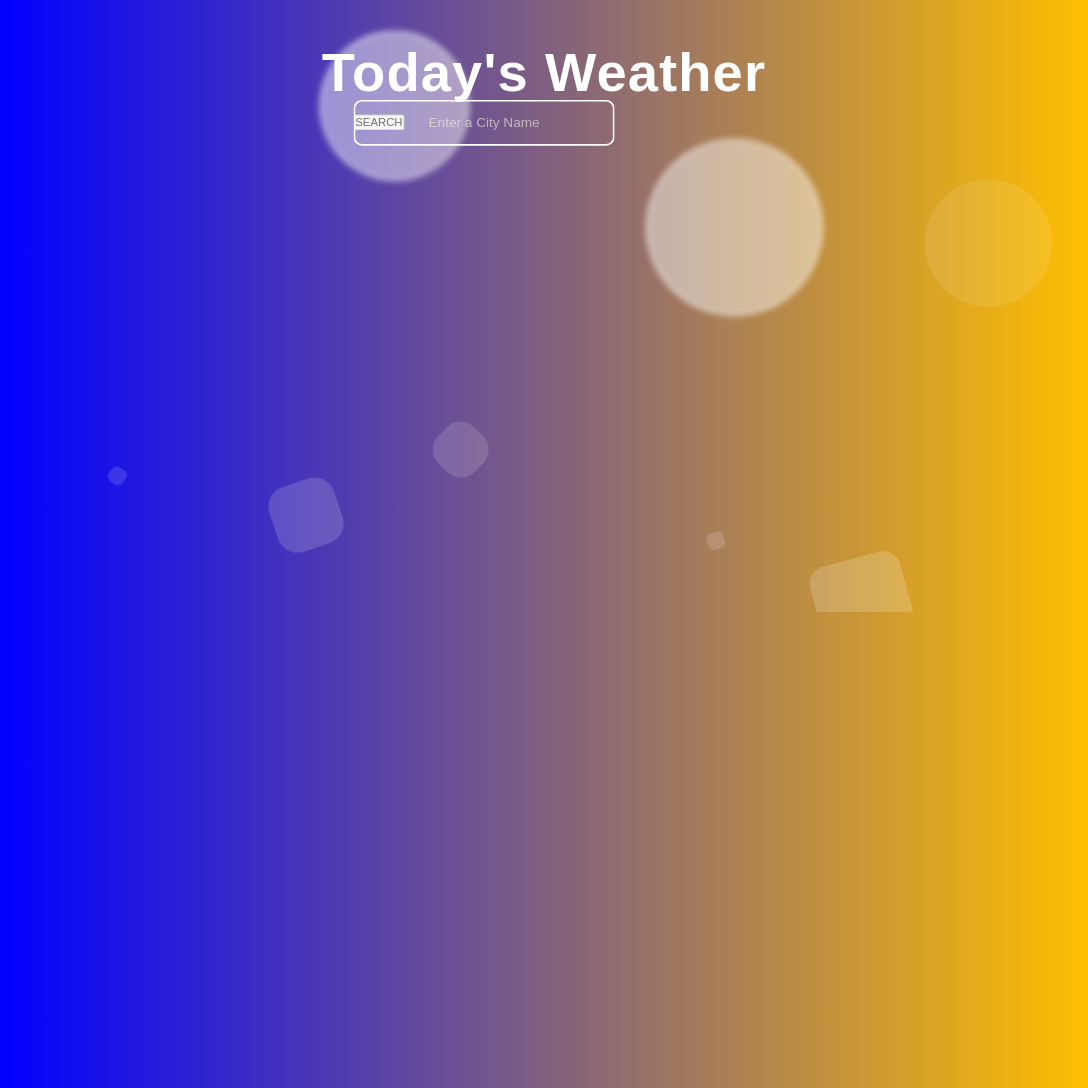
Repository: KayceeNguyen/bubleweather-app
Page: /
An editor plug-in stored every save of this project. The page is shown before and after the next save, followed by the edit.
The browser window is 1280 px wide. The pictures show the whole page, at 85% of full size.
The project was rebuilt for these pictures with package versions that can differ from the ones it lists, and the page was loaded fresh each time. The framework's server and built-in components were replaced by stand-ins that run in the browser. Also part of the build but not shown: next.config.js.

Above is the page before, as saved 2023-01-20 02:47:29.

### pages/index.js
import Head from 'next/head'
import Image from 'next/image'
import { Inter } from '@next/font/google'
import styles from '@/styles/Home.module.css'
import { useEffect, useState } from 'react'
import axios from 'axios'
// import { setMaxListeners } from 'events'


const inter = Inter({ subsets: ['latin'] })

export default function Home() {

  const [location, setLocation] = useState('');
  const [data, setData] = useState({});
  const [weather, setWeather] = useState('');
  const [wind, setWind] = useState('');
  const [errorMessage, setErrorMessage] = useState('');
  const [icon, setIcon] = useState('');
  const [country, setCountry] = useState('');

  var apiKey = "a26e0a15f49a8c5e5634e795262ea5cd"
  var lang = "en";
  var units = "metric";
  const url = `https://api.openweathermap.org/data/2.5/weather?q=${location}&units=${units}&appid=${apiKey}&lang=${lang}`

  // const iconApi = await fetch('http://openweathermap.org/img/w/' + iconName + '.png')
  //           this.setState({
  //               icon : iconApi.url
  //           })

  // const imageUrl = `https://api.openweathermap.org/img/weather?q=${data.weather.icon}`

  console.log(url);

  const searchLocation = (event) => {
    if(event.key === "Enter") {
      axios.get(url)
      .then((response) => {

        console.clear();
        setData(response.data)
        console.log(response.data);
        setWeather(response.data.weather);
        // setMaxListeners(response.data.main)
        setWind(response.data.wind);
        setIcon(response.data.icon);
        setCountry(response.data.country)
        setErrorMessage("")

      }).catch(err => {

        console.log(err);
        setErrorMessage("Please enter another location");
        setData({});
        setWeather();
        setIcon();
        setWind();
        setCountry();

      })

      setLocation('')
    }
  }

  //   const searchWeather = (event) => {

  //     if(event.onClick == true) {
  //       axios.get(url)
  //       .then((response) => {

  //         console.clear();
  //         setData(response.data)
  //         console.log(response.data);
  //         setWeather(response.data.weather);
  //         // setMaxListeners(response.data.main)
  //         setWind(response.data.wind);
  //         setIcon(response.data.icon);
  //         setCountry(response.data.country)
  //         setErrorMessage("")

  //       }).catch(err => {

  //         console.log(err);
  //         setErrorMessage("Please enter another location");
  //         setData({});
  //         setWeather();
  //         setIcon();
  //         setWind();
  //         setCountry();

  //       })

  //       searchWeather('')
  //   }


  // }

  return (
    <>
      <Head>
        <title>Bubble Weather App</title>
        <meta name="description" content="Generated by create next app" />
        <meta name="viewport" content="width=device-width, initial-scale=1" />
        <link rel="icon" href="/cloudy.ico" />
      </Head>

      <main className={styles.main}>

          <div className={styles.area} >
            <ul className={styles.circles}>
                    <li></li>
                    <li></li>
                    <li></li>
                    <li></li>
                    <li></li>
                    <li></li>
                    <li></li>
                    <li></li>
                    <li></li>
                    <li></li>
            </ul>
          </div >

        <h1 className={styles.header}>Today's Weather</h1>

        <div className={styles.wrapper}>
                <div className={styles.shape1}></div>
                <div className={styles.shape2}></div>

          <div className={styles.searchContainer}>
            <input id={styles.input}

              value={location}
              onChange={event => setLocation(event.target.value)}
              placeholder ="Enter a City Name"
              onKeyDown={searchLocation}
              type="text"

            />

          <button className={styles.searchBtn}
            type="submit"
            onClick={setWeather}

          >SEARCH</button>




          </div>





        </div>

        {
          weather && data.weather?.map((w, index) => {
            return (

                <div className={styles.container} key={index}>

                  <h2 className={styles.name}>{data.name}, {data.sys.country}</h2>

                  {/* <div className={styles.iconId}>{w.icon}</div> */}

                  <img className={styles.icon}
                    src={`https://s3-us-west-2.amazonaws.com/s.cdpn.io/162656/${w.icon}.svg`}
                    // https://s3-us-west-2.amazonaws.com/s.cdpn.io/162656/${weather[0]["icon"]}.svg
                  />

                  <br/>
                  <br/>
                  <br/>

                  <div className={styles.temp}>{data.main.temp}&#176;C</div>
                  <div className={styles.feelLike}>Feel Like: {data.main.feels_like}&#176;C</div>
                  <br/>



                  <div className={styles.desc}>
                    <div>{w.description} | {w.main}</div>
                    {/* <div>{w.imgUrl}</div> */}
                  </div>

                  <br/>
                  <br/>

                  <div className={styles.tempContainer}>

                    <div className={styles.low}>
                        <h4 className={styles.tittle}>Lowest Temp</h4>
                        <h4 className={styles.tempMin}>{data.main.temp_min}&#176;C</h4>
                    </div>

                    <div className={styles.high}>
                        <h4 className={styles.tittle}>Highest Temp</h4>
                        <div className={styles.tempMax}>{data.main.temp_max}&#176;C</div>
                    </div>

                  </div>

                  <br/>
                  <br/>


                      <div className={styles.wind}>
                        <h4 className={styles.tittle}>Wind gust</h4>
                        <div className={styles.windNum}>{data.wind.gust} m/s</div>
                      </div>


                </div>


            )
          })
        }





      </main>
    </>
  )
}

### styles/Home.module.css
.main {
  display: flex;
  flex-direction: column;
  justify-content: space-between;
  align-items: center;
  padding: 6rem;
  min-height: 100vh;
  font-family: Arial, Helvetica, sans-serif;
  color: white;
}

.description {
  display: inherit;
  justify-content: inherit;
  align-items: inherit;
  font-size: 0.85rem;
  max-width: var(--max-width);
  width: 100%;
  z-index: 2;
  font-family: var(--font-mono);
}

.description a {
  display: flex;
  justify-content: center;
  align-items: center;
  gap: 0.5rem;
}

.description p {
  position: relative;
  margin: 0;
  padding: 1rem;
  background-color: rgba(var(--callout-rgb), 0.5);
  border: 1px solid rgba(var(--callout-border-rgb), 0.3);
  border-radius: var(--border-radius);
}

.code {
  font-weight: 700;
  font-family: var(--font-mono);
}

.grid {
  display: grid;
  grid-template-columns: repeat(4, minmax(25%, auto));
  width: var(--max-width);
  max-width: 100%;
}

.card {
  padding: 1rem 1.2rem;
  border-radius: var(--border-radius);
  background: rgba(var(--card-rgb), 0);
  border: 1px solid rgba(var(--card-border-rgb), 0);
  transition: background 200ms, border 200ms;
}

.card span {
  display: inline-block;
  transition: transform 200ms;
}

.card h2 {
  font-weight: 600;
  margin-bottom: 0.7rem;
}

.card p {
  margin: 0;
  opacity: 0.6;
  font-size: 0.9rem;
  line-height: 1.5;
  max-width: 30ch;
}

.center {
  display: flex;
  justify-content: center;
  align-items: center;
  position: relative;
  padding: 4rem 0;
}

.center::before {
  background: var(--secondary-glow);
  border-radius: 50%;
  width: 480px;
  height: 360px;
  margin-left: -400px;
}

.center::after {
  background: var(--primary-glow);
  width: 240px;
  height: 180px;
  z-index: -1;
}

.center::before,
.center::after {
  content: '';
  left: 50%;
  position: absolute;
  filter: blur(45px);
  transform: translateZ(0);
}

.logo,
.thirteen {
  position: relative;
}

.thirteen {
  display: flex;
  justify-content: center;
  align-items: center;
  width: 75px;
  height: 75px;
  padding: 25px 10px;
  margin-left: 16px;
  transform: translateZ(0);
  border-radius: var(--border-radius);
  overflow: hidden;
  box-shadow: 0px 2px 8px -1px #0000001a;
}

.thirteen::before,
.thirteen::after {
  content: '';
  position: absolute;
  z-index: -1;
}

/* Conic Gradient Animation */
.thirteen::before {
  animation: 6s rotate linear infinite;
  width: 200%;
  height: 200%;
  background: var(--tile-border);
}

/* Inner Square */
.thirteen::after {
  inset: 0;
  padding: 1px;
  border-radius: var(--border-radius);
  background: linear-gradient(
    to bottom right,
    rgba(var(--tile-start-rgb), 1),
    rgba(var(--tile-end-rgb), 1)
  );
  background-clip: content-box;
}

/* Enable hover only on non-touch devices */
@media (hover: hover) and (pointer: fine) {
  .card:hover {
    background: rgba(var(--card-rgb), 0.1);
    border: 1px solid rgba(var(--card-border-rgb), 0.15);
  }

  .card:hover span {
    transform: translateX(4px);
  }
}

@media (prefers-reduced-motion) {
  .thirteen::before {
    animation: none;
  }

  .card:hover span {
    transform: none;
  }
}

/* Mobile */
@media (max-width: 700px) {
  .content {
    padding: 4rem;
  }

  .grid {
    grid-template-columns: 1fr;
    margin-bottom: 120px;
    max-width: 320px;
    text-align: center;
  }

  .card {
    padding: 1rem 2.5rem;
  }

  .card h2 {
    margin-bottom: 0.5rem;
  }

  .center {
    padding: 8rem 0 6rem;
  }

  .center::before {
    transform: none;
    height: 300px;
  }

  .description {
    font-size: 0.8rem;
  }

  .description a {
    padding: 1rem;
  }

  .description p,
  .description div {
    display: flex;
    justify-content: center;
    position: fixed;
    width: 100%;
  }

  .description p {
    align-items: center;
    inset: 0 0 auto;
    padding: 2rem 1rem 1.4rem;
    border-radius: 0;
    border: none;
    border-bottom: 1px solid rgba(var(--callout-border-rgb), 0.25);
    background: linear-gradient(
      to bottom,
      rgba(var(--background-start-rgb), 1),
      rgba(var(--callout-rgb), 0.5)
    );
    background-clip: padding-box;
    backdrop-filter: blur(24px);
  }

  .description div {
    align-items: flex-end;
    pointer-events: none;
    inset: auto 0 0;
    padding: 2rem;
    height: 200px;
    background: linear-gradient(
      to bottom,
      transparent 0%,
      rgb(var(--background-end-rgb)) 40%
    );
    z-index: 1;
  }
}

/* Tablet and Smaller Desktop */
@media (min-width: 701px) and (max-width: 1120px) {
  .grid {
    grid-template-columns: repeat(2, 50%);
  }
}

@media (prefers-color-scheme: dark) {
  .vercelLogo {
    filter: invert(1);
  }

  .logo,
  .thirteen img {
    filter: invert(1) drop-shadow(0 0 0.3rem #ffffff70);
  }
}

@keyframes rotate {
  from {
    transform: rotate(360deg);
  }
  to {
    transform: rotate(0deg);
  }
}

/****************GRADIENT BACKGROUND****************/

.main {
  height: 100vw;
  background: linear-gradient(to right, #ffbf00, #00f); /* Set the initial gradient */
  background-size: 200% 100%; /* Increase the size of the gradient */
  animation: gradient 15s ease infinite; /* Animate the gradient */
}

@keyframes gradient {
  0% {
    background-position: 0% 50%; /* Set the starting position of the gradient */
  }
  50% {
    background-position: 100% 50%; /* Shift the gradient to the right */
  }
  100% {
    background-position: 0% 50%; /* Shift the gradient back to the left */
  }
}

/* Change the colors of the gradient as the cursor moves */
.main:hover {
  background: linear-gradient(to right, #00f, #ffbf00);
}

.header {
  font-weight: bold;
  font-size: 4rem;
  letter-spacing: 0.02em;
  padding: 0 0 30px 0;
  position: absolute;
  top: 3rem;
}

.wrapper {
  font-size: 16px;
  width: 100vw;
  max-width: 28em;
  position: absolute;
  transform: translate(-50%, -50%);
  top: 20%;
  left: 50%;
}

.shape, .shape1, .shape2 {
  position: absolute;
  background-color: hsl(0, 0%, 100%, 45%);
  filter: blur(4px);
  border: 2px solid hsl(0, 0%, 100%, 80%);
  border-radius: 50%;
}


.shape1 {
  height: 13em;
  width: 13em;
  right: -6.5em;
  top: 1.8em;
}

.shape2 {
  height: 11em;
  width: 11em;
  bottom: -3.7em;
  left: -2.5em;
}

.searchContainer {
  display: flex;
  align-items: center;
}

#input {
  font-size: 1em;
  font-family: Arial, Helvetica, sans-serif;
  margin: auto;
  position: absolute;
  display: inline-block;
  text-align: center;
  align-items: center;
  padding-left: 3em;
  padding-right: 3em;
  padding-top: 1em;
  padding-bottom: 1em;

  background-color: transparent;
  border: 2px solid white;
  color: white;
  font-weight: 300;
  border-radius: 10px;
}

#input::placeholder {
  color: hsl(60, 56%, 91%, 0.6);
}

.location {
  cursor: pointer;
  outline: none;
  font-family: Arial, Helvetica, sans-serif;
  right: 0px;
  position: absolute;
  display: flex;
  text-align: center;
  align-items: center;
  justify-content: center;
  display: inline-block;
  font-size: 1em;
  border: 2px solid white;;

  padding-left: 3em;
  padding-right: 3em;
  padding-top: 1em;
  padding-bottom: 1em;

  background-color: transparent;
  border: 2px solid white;
  color: white;
  font-weight: 800;
  border-radius: 10px;
}

/*** Search BTN animation ***/

.searchBtn:hover, .searchBtn:focus {
  background-color: white;
  color: gray;
}



.name {
  text-align: center;
  position: relative;
}

.container {
  position: relative;
  top: 0;


  display: flex;
  flex-direction: column;
  justify-content: space-between;
  align-items: center;
  padding: 6rem;
  margin: 10rem;

  width: 100%;
  border-radius: 1em;
  text-align: center;

  background: hsl(0, 0%, 100%, 20%);
  backdrop-filter: blur(10px);
  padding: 3em 1.8em;
  border: 4px solid rgba(255, 255, 255, 0.7);
}

/*** Container animation ***/

.container:hover,
.container:focus {
  box-shadow: 0 0.5em 0.5em -0.4em var(--hover);
  transform: translateY(-0.25em);
}

.desc {
  text-align: center;
  position: absolute;
  top: 16em;
}

.temp {
  font-size: 5em;
  padding-bottom: 2rem;
}

.tempContainer {
  display: flex;
  justify-content: center;
}

.tempContainer div {
  padding: 0.3em 1em;
}

.tempContainer div:first-child {
  border-right: 1px solid white;
}

.tempContainer .tittle {
  font-weight: 600;
  color: var(--white);
}

.tempContainer .temp {
  font-weight: 300;
  padding: 3em;
  color: var(--off-white);
}

.tempMin, .tempMax {
  font-weight: 100;
  padding: 5px;
  position: relative;
  display: inline-block;
  left: 0;

}

@media screen and (max-width: 450px) {
  .wrapper {
    font-size: 14px;
  }
}

.icon {
  margin: 40px;
  filter: brightness(0) invert(1);
  transform-origin: top center;
	animation: icon 2s ease infinite;
}

@keyframes icon {
	20% { transform: rotate(15deg); }
	40% { transform: rotate(-10deg); }
	60% { transform: rotate(5deg); }
	80% { transform: rotate(-5deg); }
	100% { transform: rotate(0deg); }
}

.tittle {
  padding: 10px;
}

.area{
  background: -webkit-linear-gradient(to left, #C8102E, #446eac);
  width: 100vw;
  height:100%;
}

.circles{
  position: absolute;
  top: 0;
  left: 0;
  width: 100%;
  height: 100%;
  overflow: hidden;
}

.circles li{
  position: absolute;
  display: block;
  list-style: none;
  width: 20px;
  height: 20px;
  background: rgba(255, 255, 255, 0.2);
  animation: animate 25s linear infinite;
  bottom: -150px;
}

.circles li:nth-child(1){
  left: 25%;
  width: 80px;
  height: 80px;
  animation-delay: 0s;
}


.circles li:nth-child(2){
  left: 10%;
  width: 20px;
  height: 20px;
  animation-delay: 2s;
  animation-duration: 12s;
}

.circles li:nth-child(3){
  left: 70%;
  width: 20px;
  height: 20px;
  animation-delay: 4s;
}

.circles li:nth-child(4){
  left: 40%;
  width: 60px;
  height: 60px;
  animation-delay: 0s;
  animation-duration: 18s;
}

.circles li:nth-child(5){
  left: 65%;
  width: 20px;
  height: 20px;
  animation-delay: 0s;
}

.circles li:nth-child(6){
  left: 75%;
  width: 110px;
  height: 110px;
  animation-delay: 3s;
}

.circles li:nth-child(7){
  left: 35%;
  width: 150px;
  height: 150px;
  animation-delay: 7s;
}

.circles li:nth-child(8){
  left: 50%;
  width: 25px;
  height: 25px;
  animation-delay: 15s;
  animation-duration: 45s;
}

.circles li:nth-child(9){
  left: 20%;
  width: 15px;
  height: 15px;
  animation-delay: 2s;
  animation-duration: 35s;
}

.circles li:nth-child(10){
  left: 85%;
  width: 150px;
  height: 150px;
  animation-delay: 0s;
  animation-duration: 11s;
}



@keyframes animate {

  0%{
      transform: translateY(0) rotate(0deg);
      opacity: 1;
      border-radius: 10%;
  }

  100%{
      transform: translateY(-1000px) rotate(720deg);
      opacity: 0;
      border-radius: 100%;
  }

}

Loaded but not shown: pages/_app.js (common file); pages/_document.js (common file); styles/globals.css (common file)

After the next save:
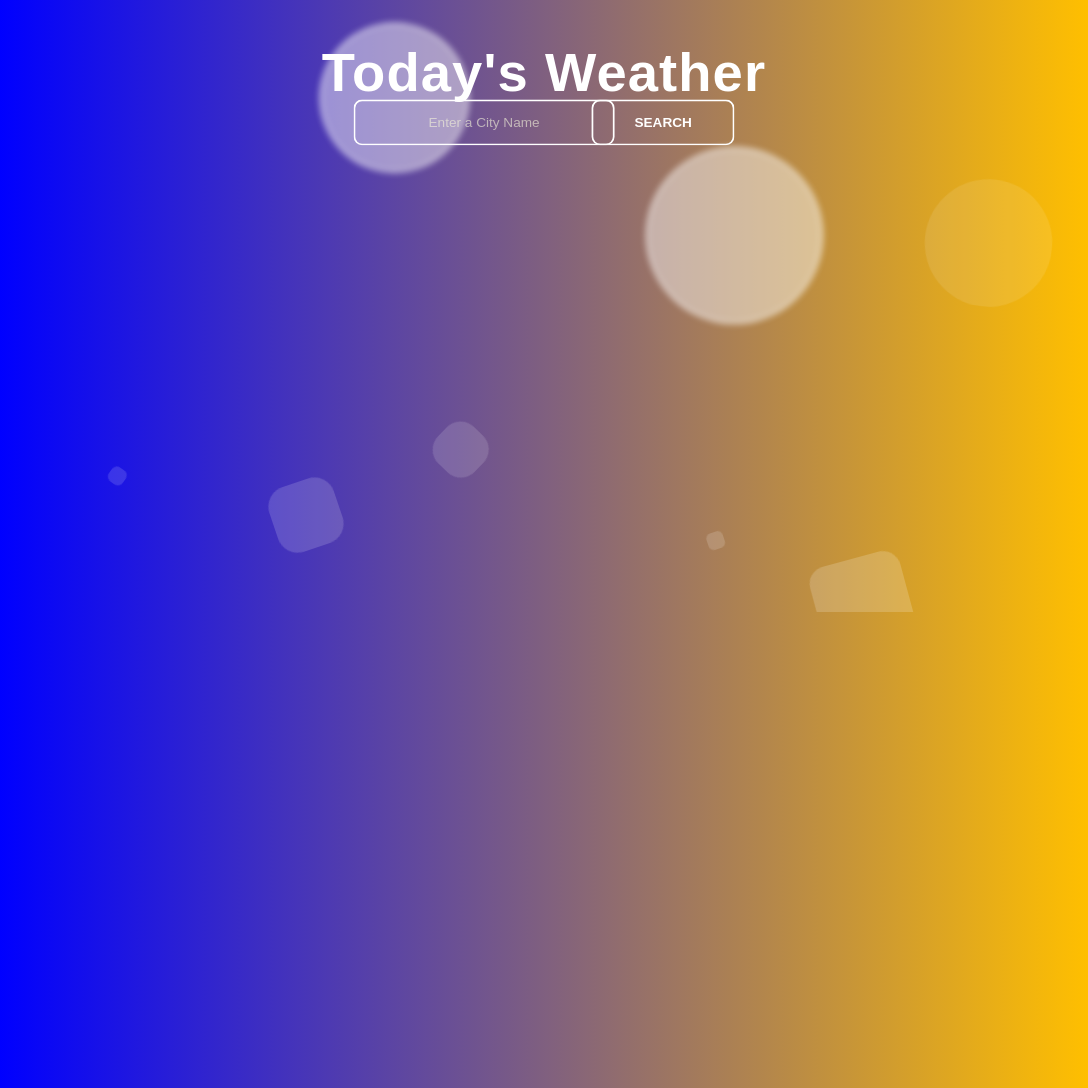
Saved 4 s later.
--- a/styles/Home.module.css
+++ b/styles/Home.module.css
@@ -376,7 +376,7 @@
   color: hsl(60, 56%, 91%, 0.6);
 }
 
-.location {
+.searchBtn {
   cursor: pointer;
   outline: none;
   font-family: Arial, Helvetica, sans-serif;
